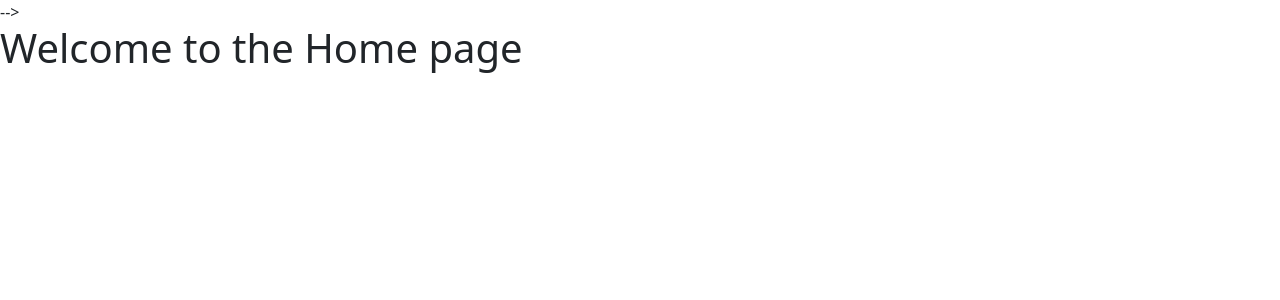
Repository: nhoque7/week3t.2
Page: http://localhost/
These files come from the project's save history. The page is drawn as it stood at one moment and after the next save; the edit follows.
The browser window is 1280 px wide. The pictures show the whole page.
The page is served by the project's Node server (server.js).

Above is the page before, as saved 2022-10-13 13:48:12.

After the next save:
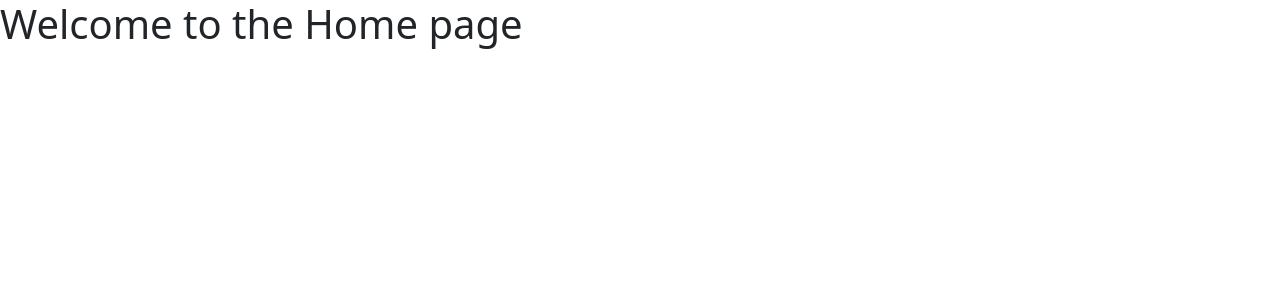
Saved 47 s later.
--- a/views/index.ejs
+++ b/views/index.ejs
@@ -5,7 +5,7 @@
   <meta http-equiv="X-UA-Compatible" content="IE=edge">
   <meta name="viewport" content="width=device-width, initial-scale=1.0">
   <title><%= title %></title>
-  <!-- CSS Section -->-->
+  <!-- CSS Section -->
   <link rel="stylesheet" href="/bootstrap/dist/css/bootstrap.min.css">
   <link rel="stylesheet" href="/@fortawesome/fontawesome-free/css/all.min.css">
   <link rel='stylesheet' href='/Content/app.css' />
